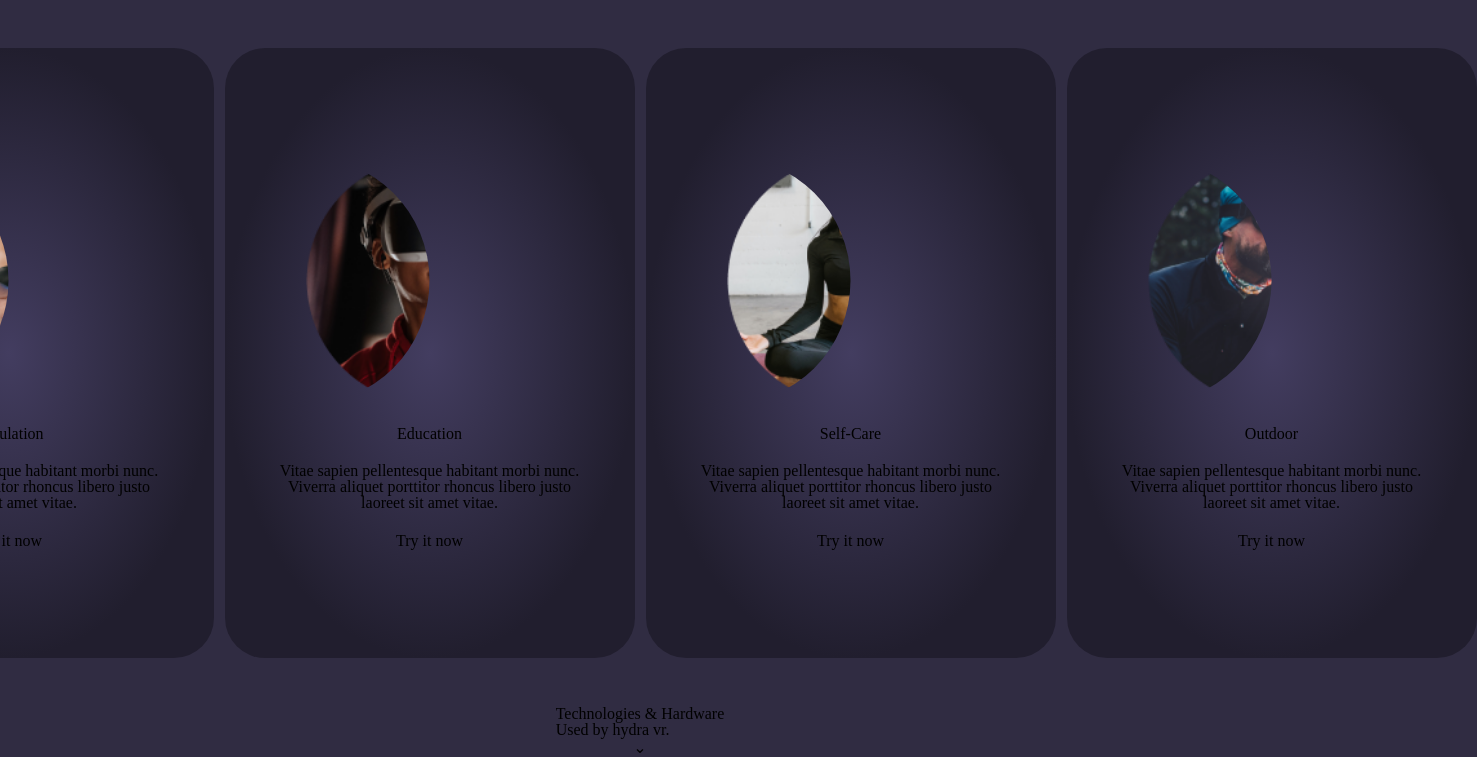
Repository: xMargi/Hydra-LandingPage
Page: index.html
These files come from the project's save history. The page is drawn as it stood at one moment and after the next save; the edit follows.
The browser window is 1280 px wide. The page is 1477 px wide, so the pictures cover 1477 px, including what lies to the right of the window. The pictures show the whole page.

Above is the page before, as saved 2023-06-07 20:19:13.

### index.html
    <!DOCTYPE html>
    <html lang="pt-br">
    <head>
        <meta charset="UTF-8">
        <meta http-equiv="X-UA-Compatible" content="IE=edge">
        <meta name="viewport" content="width=device-width, initial-scale=1.0">
        <title>Hydra - Landing Page</title>
        <link rel="stylesheet" href="./reset.css">
        <link rel="stylesheet" href="./style.css">
    </head>
    <body>
        <div class="cartoes">
            <div class="cartao">
                <img src="./assets/1.png" alt="Mulher jogando em realidade virtual" class="cartao__img">
                <h1 class="cartao__titulo">Simulation</h1>
                <p class="cartao__paragrafo">Vitae sapien pellentesque habitant morbi
                nunc. Viverra aliquet porttitor rhoncus
                libero justo laoreet sit amet vitae.</p>
                <button class="cartao__button">Try it now</button>
            </div>
            <div class="cartao">
                <img src="./assets/2.png" alt="Homem usando um óculos de realidade virtual" class="cartao__img">
                <h1 class="cartao__titulo">Education</h1>
                <p class="cartao__paragrafo">Vitae sapien pellentesque habitant morbi
                nunc. Viverra aliquet porttitor rhoncus
                libero justo laoreet sit amet vitae.</p>
                <button class="cartao__button">Try it now</button>
            </div>
            <div class="cartao">
                <img src="./assets/3.png" alt="Mulher meditando com óculos de realidade virtual" class="cartao__img">
                <h1 class="cartao__titulo">Self-Care</h1>
                <p class="cartao__paragrafo">Vitae sapien pellentesque habitant morbi
                nunc. Viverra aliquet porttitor rhoncus
                libero justo laoreet sit amet vitae.</p>
                <button class="cartao__button">Try it now</button>
            </div>
            <div class="cartao">
                <img src="./assets/4.png" alt="Homem fazendo exercicíos utilizando um óculos de realidade virtual" class="cartao__img">
                <h1 class="cartao__titulo">Outdoor</h1>
                <p class="cartao__paragrafo">Vitae sapien pellentesque habitant morbi
                nunc. Viverra aliquet porttitor rhoncus
                libero justo laoreet sit amet vitae.</p>
                <button class="cartao__button">Try it now</button>
            </div>
        </div>
        <div class="container__imagem">
            <h1 class="imagem__titulo">Technologies & Hardware</h1>
            <p class="imagem__paragrafo">Used by hydra vr.</p>
        </div>
        <button class="botao__baixo">&#8964</button>
        <script src="./script.js"></script>
    </body>
    </html>

### style.css
@import url('https://fonts.googleapis.com/css2?family=Montserrat:wght@300;400;700&display=swap');

:root{

    --fonte: 'Montserrat', sans-serif;
    --cor-fundo: #302C42;
    --cor-cartao: radial-gradient(50% 50% at 50% 50%, #433D60 0%, #211E2E 100%);
    --cor-button: linear-gradient(90deg, #8176AF 0%, #C0B7E8 100%);
    --cor-branca: #FFFFFF;
    --cor-texto: #343045;
    --cor-sombra: rgba(14, 14, 14, 0.32);

}

body{
    box-sizing: border-box;
    background: var(--cor-fundo);
    display: flex;
    align-items: center;
    flex-direction: column;

}

.cartoes{
    margin:3rem 5.4375rem;
    display: flex;
    gap: 0.6875rem;

}

.cartao{
    background: var(--cor-cartao);
    display: flex;
    flex-direction: column;
    gap: 1.3125rem;
    align-items: center;
    justify-content: center;
    text-align: center;
    padding: 3.125rem;
    border-radius: 40px;
    height: 31.875rem;
    width: 19.375rem;
}

.cartao__img{
    shape-outside: circle(50% at 30%);
    clip-path: circle(50% at 0%);
    width: 80%;


}

Loaded but not shown: main/reset.css (common file); script.js (no copy from this time; the picture is the same without it)

After the next save:
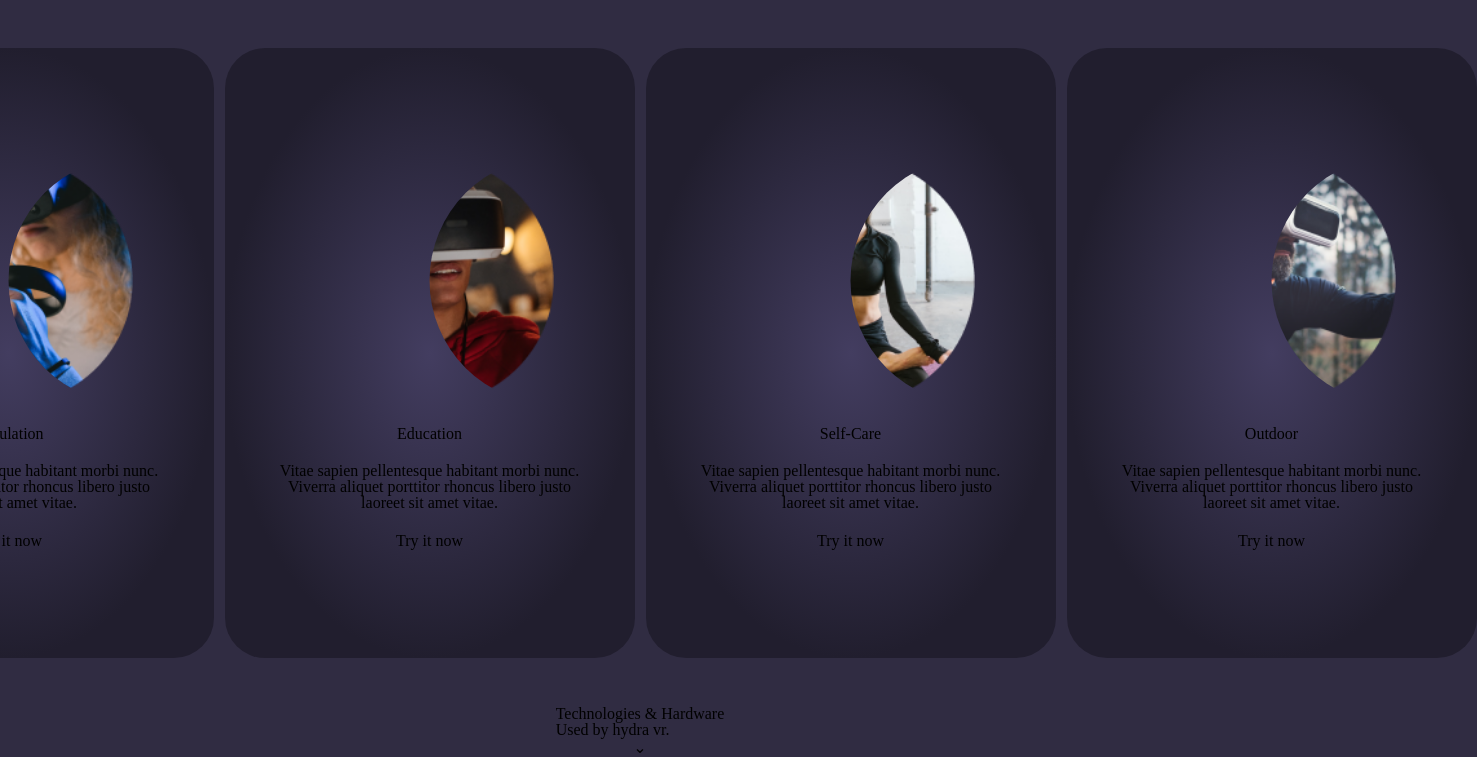
Saved 11 s later.
--- a/style.css
+++ b/style.css
@@ -44,7 +44,7 @@ body{
 
 .cartao__img{
     shape-outside: circle(50% at 30%);
-    clip-path: circle(50% at 0%);
+    clip-path: circle(50% at 100%);
     width: 80%;
 
 
